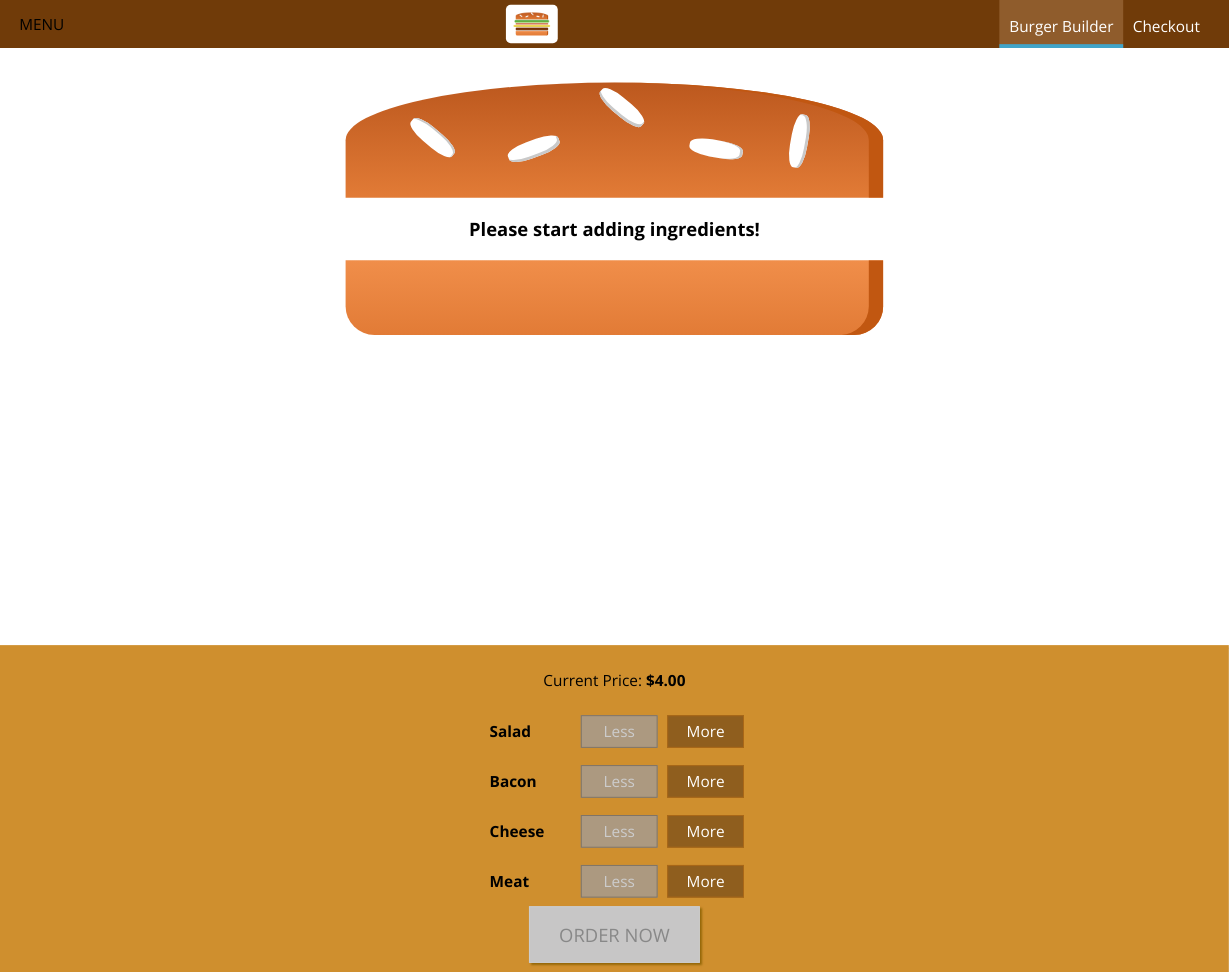
Repository: AbdulMutaal/Burger-Builder
Page: /
The author's editor kept a copy of each file at every save. The page is drawn from the files as they stood at one save, then again after the next save.
The browser window is 1280 px wide. The pictures show the whole page, at 96% of full size.
The project was rebuilt for these pictures with package versions that can differ from the ones it lists, and the page was loaded fresh each time. Also part of the build but not shown: src/components/Navigation/SideDrawer/DrawerToggle/DrawerToggle.module.css, src/components/UI/Backdrop/Backdrop.module.css, src/components/UI/Backdrop/Backdrop.js.

Above is the page before, as saved 2021-12-08 16:51:30.

After the next save:
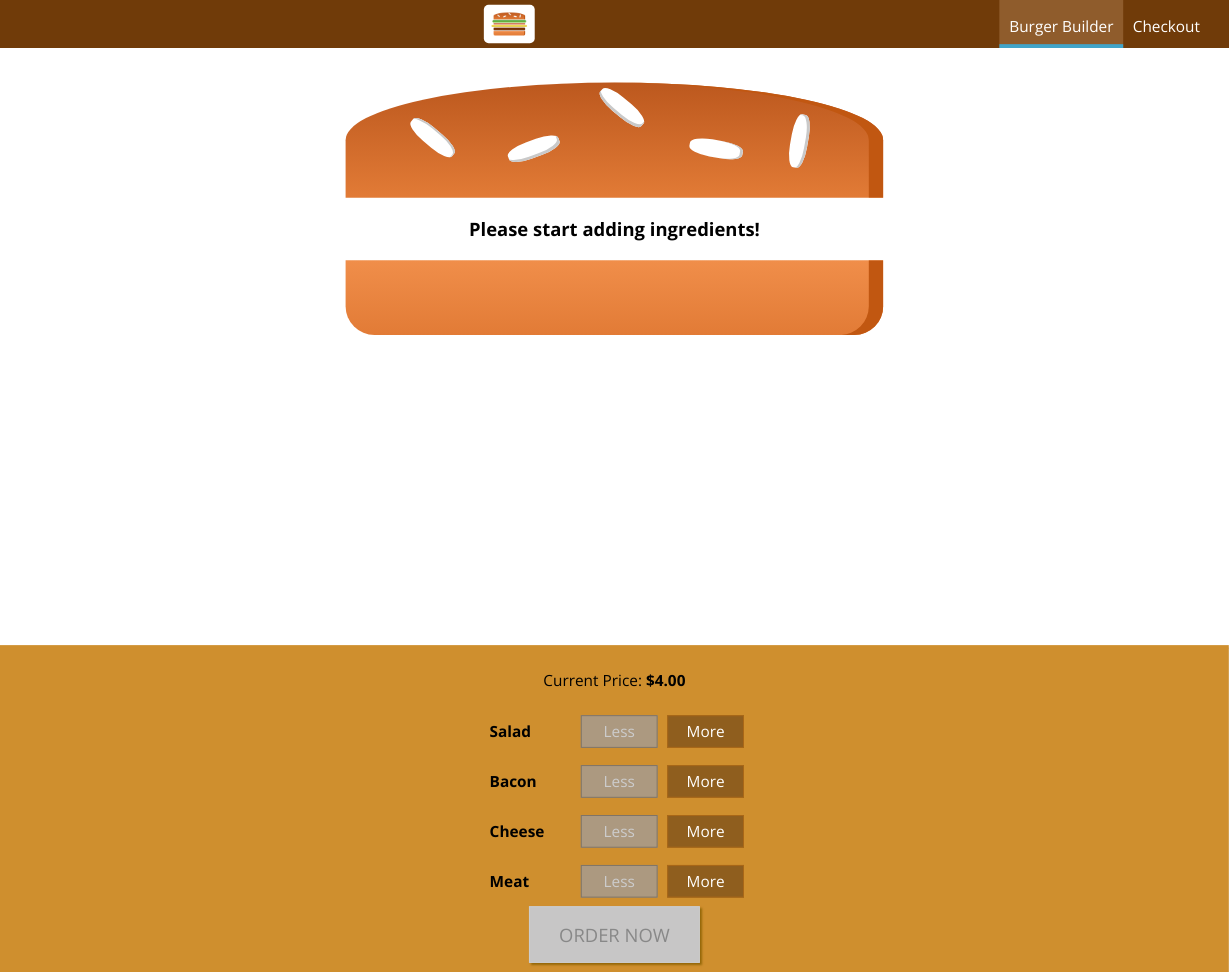
Saved 17 s later.
--- a/src/components/Navigation/SideDrawer/DrawerToggle/DrawerToggle.js
+++ b/src/components/Navigation/SideDrawer/DrawerToggle/DrawerToggle.js
@@ -3,7 +3,11 @@ import React from 'react';
 import classes from './DrawerToggle.module.css';
 
 const drawerToggle = (props) => (
-    <div onClick={props.clicked}>MENU</div>
+    <div onClick={props.clicked}>
+        <div></div>
+        <div></div>
+        <div></div>
+    </div>
 );
 
 export default drawerToggle;
